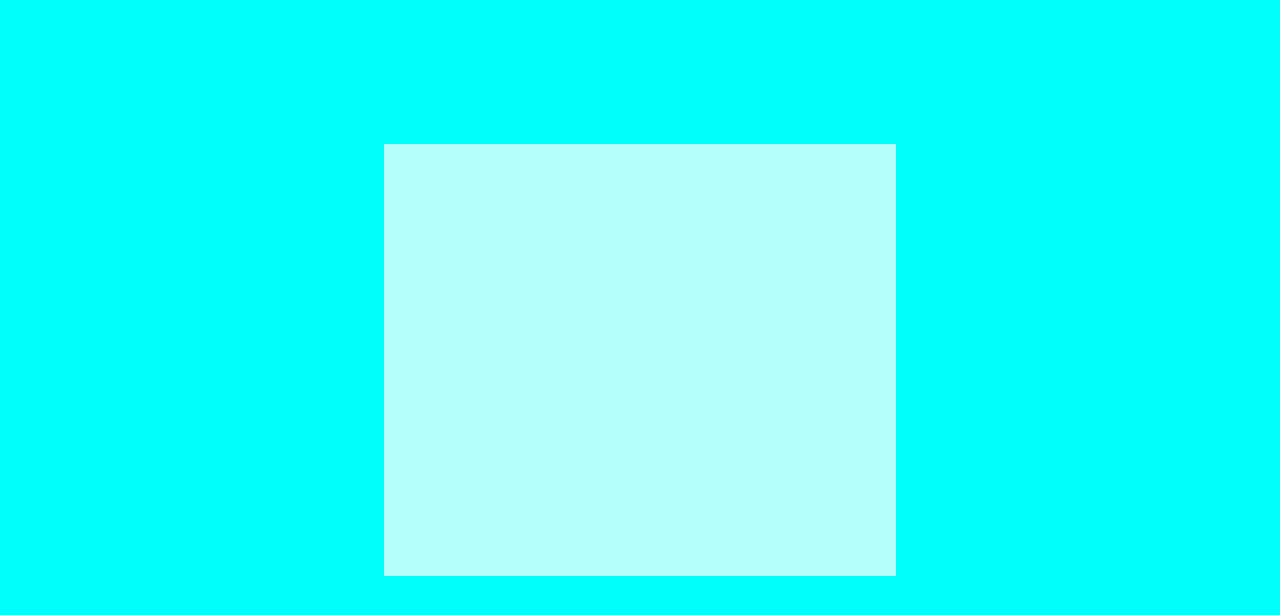
Repository: FaisalFahed/login-page
Page: html/صفحة تسجيل دخول.html
The author's editor kept a copy of each file at every save. The page is drawn from the files as they stood at one save, then again after the next save.
The browser window is 1280 px wide. The pictures show the whole page.
Some web fonts or font styles are not loaded; a fallback is used.

Above is the page before, as saved 2025-04-01 08:00:18.

After the next save:
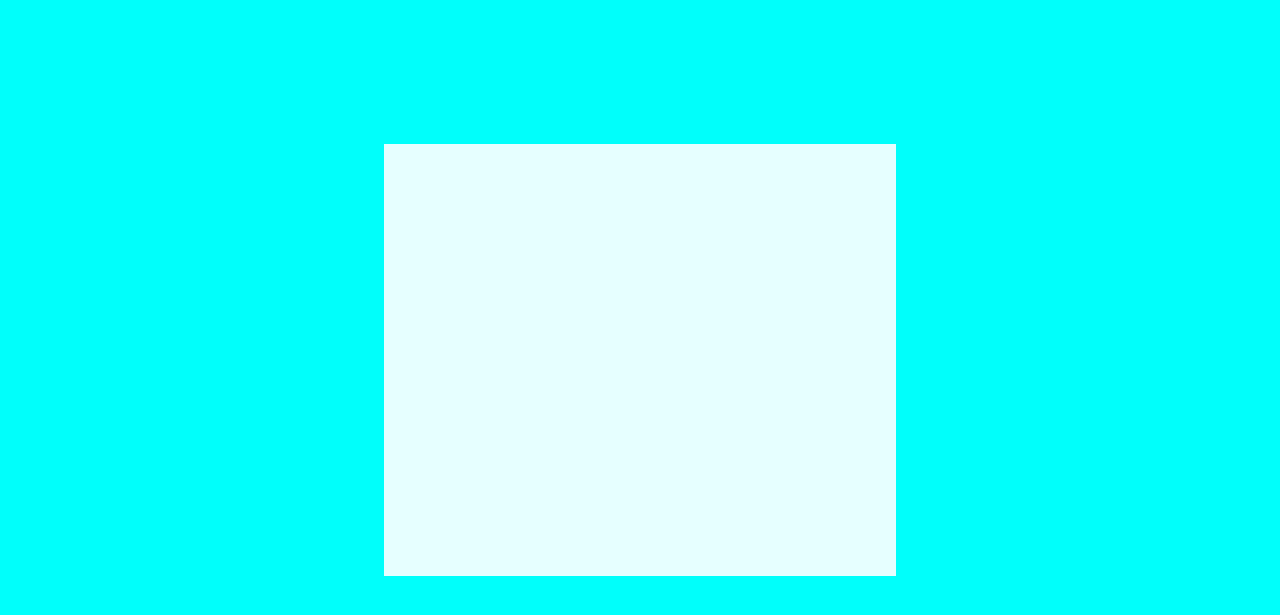
Saved 10 s later.
--- a/css/صفحة تسجيل دخول.css
+++ b/css/صفحة تسجيل دخول.css
@@ -40,7 +40,7 @@ ul{
     padding-right: 15px;
     margin-left: auto;
     margin-right: auto;
-    background-color: rgba(255, 255, 255, 0.7);
+    background-color: rgba(255, 255, 255, 0.9);
     height: 60vh;
     width: 40vw;
 }
